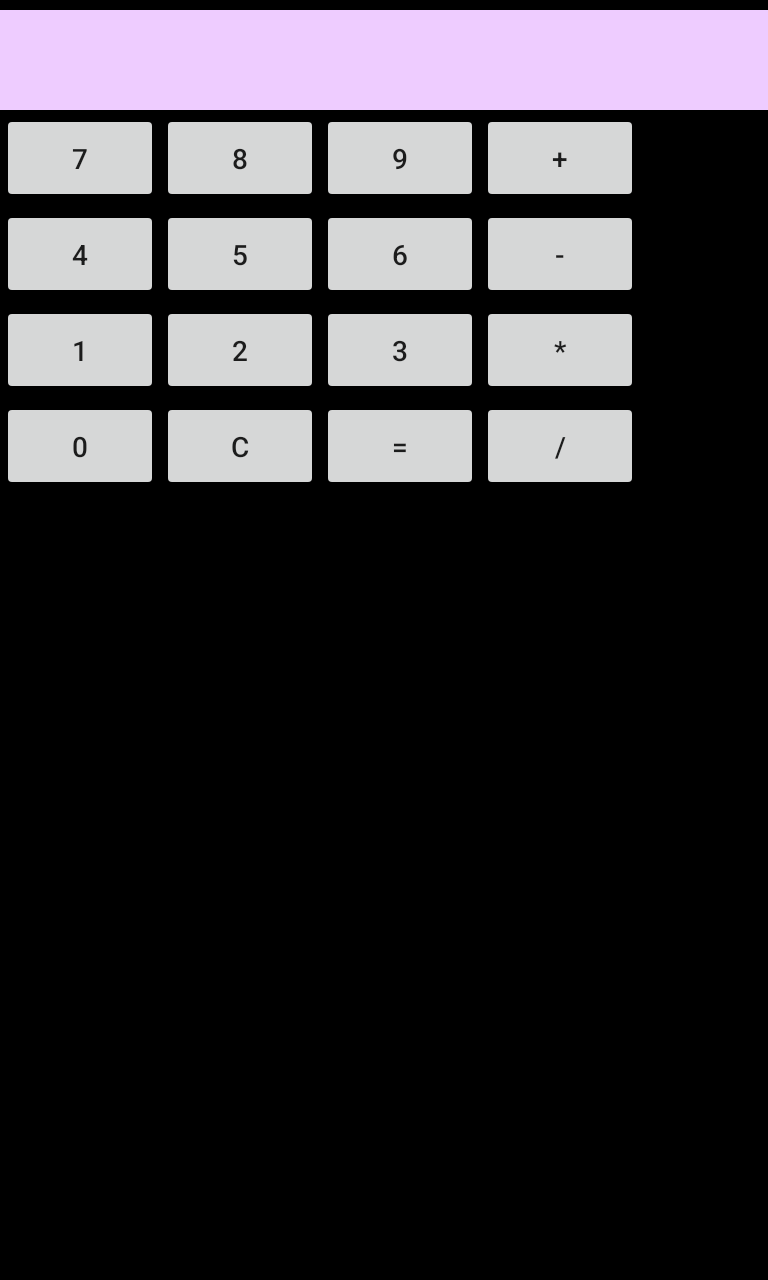
Repository: A207/guanjingjing
Layout: project/calculator_gjj/res/layout/activity_main.xml
These files come from the project's save history. The layout is drawn as it stood at one moment and after the next save; the edit follows.
It is drawn on a 768 x 1280 px phone screen (xhdpi) without system bars, with theme AppTheme; the app's code is not run.

Above is the layout before, as saved 2015-07-16 02:04:44.

After the next save:
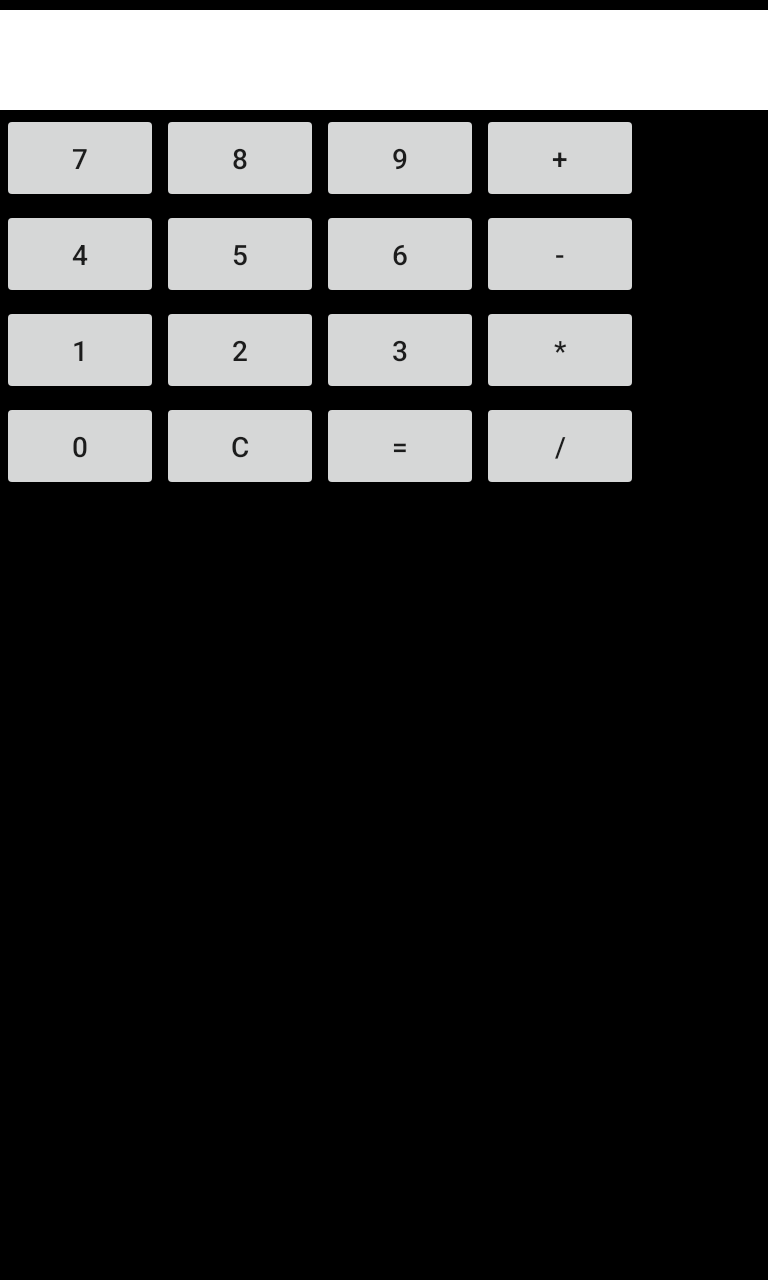
Saved 23 s later.
--- a/project/calculator_gjj/res/layout/activity_main.xml
+++ b/project/calculator_gjj/res/layout/activity_main.xml
@@ -15,7 +15,7 @@
             android:id="@+id/tv_calc_sum"
             android:layout_width="fill_parent"
             android:layout_height="50dip"
-            android:background="#eeccff"
+            android:background="#fff"
             android:gravity="center_vertical|right" >
         </TextView>
     </LinearLayout>
